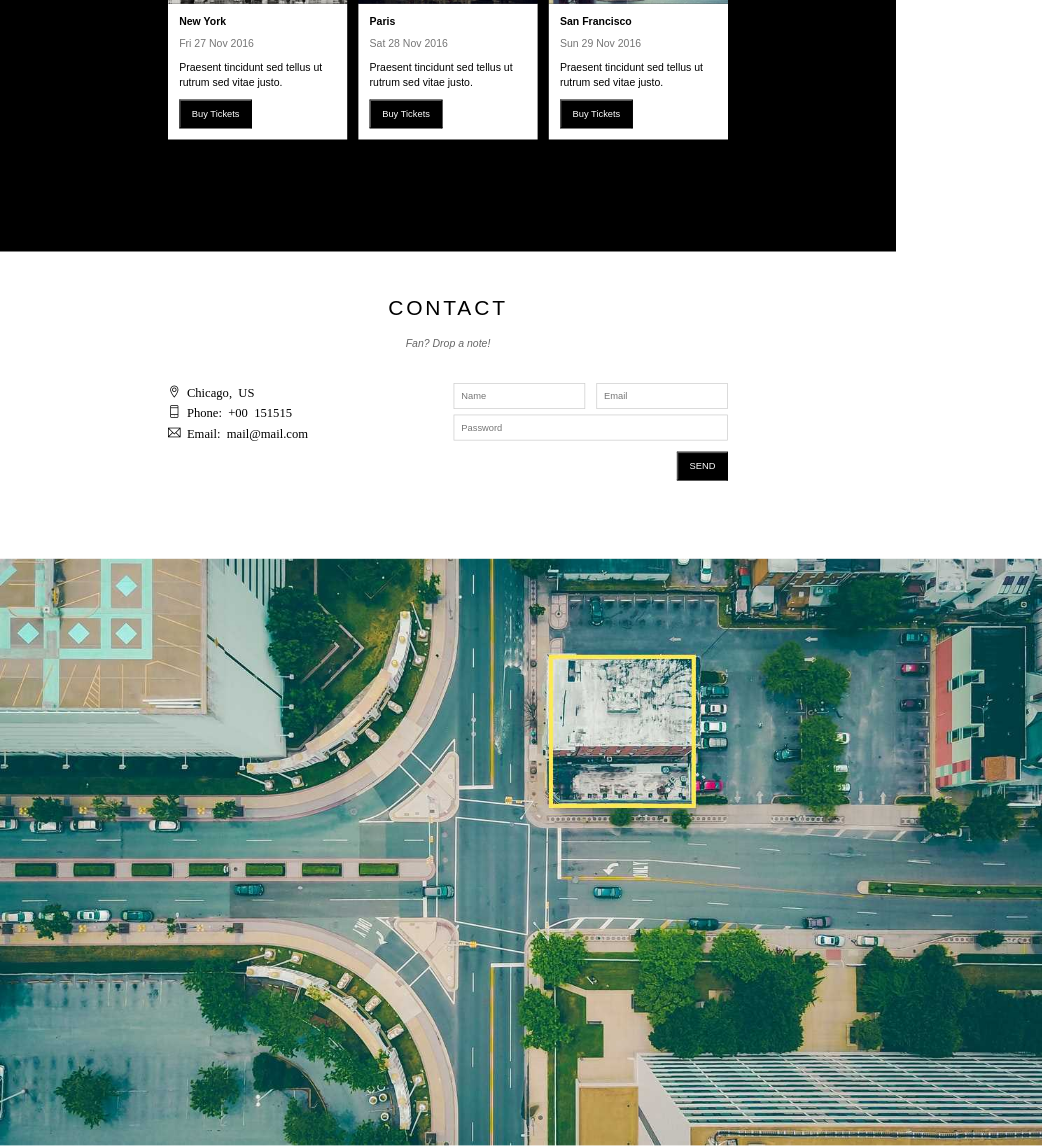
Repository: duyhung0311/band_music
Page: index.html
An editor plug-in stored every save of this project. The page is shown before and after a run of saves, followed by the edit.
The browser window is 1280 px wide. The page is 1489 px wide, then 1280 px, so the pictures cover 1489 px, including what lies to the right of the window. The pictures show the part of the page from y = 1846 to 3486 px (the page is 3486 px tall before and 3368 px after), at 70% of full size.

Above is the page before, as saved 2021-08-15 13:20:40.

After the next 2 saves:
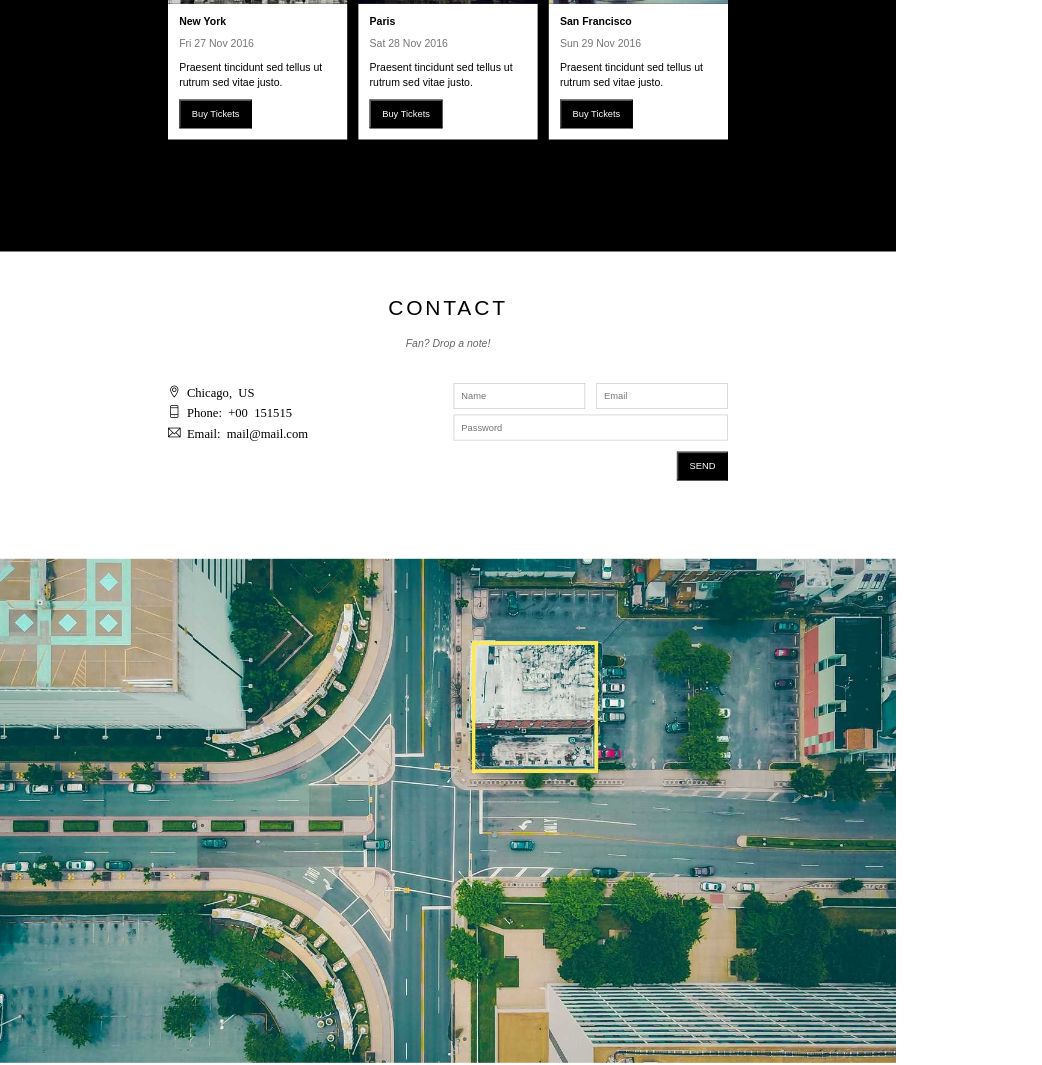
The 2 saves are shown as one change because they came seconds apart.
The last was saved 61 s later.
--- a/assets/css/style.css
+++ b/assets/css/style.css
@@ -424,6 +424,9 @@
     padding: 10px 16px;
     float: right;
 } */
+.map-section img {
+    width: 100%;
+}
 @keyframes modalFadeIn {
     from {
         transform: translateY(-140px);
